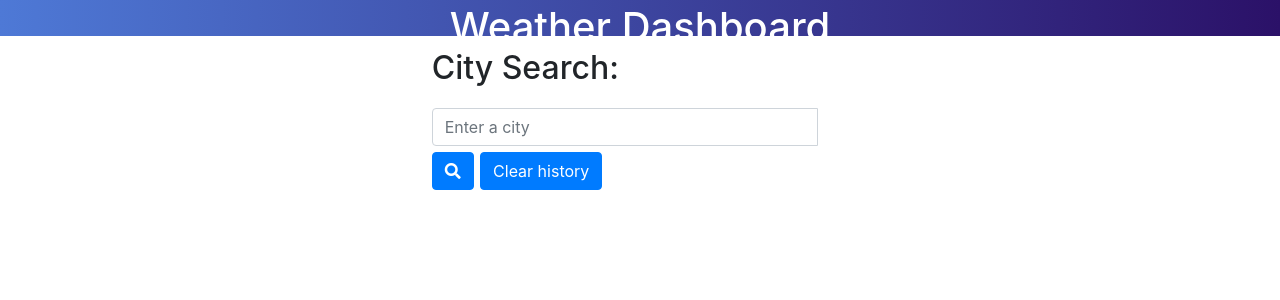
Repository: brenhamp/weather-dashboard
Page: index.html
These files come from the project's save history. The page is drawn as it stood at one moment and after the next save; the edit follows.
The browser window is 1280 px wide. The pictures show the whole page.
Some web libraries are served in a nearby version.

Above is the page before, as saved 2021-12-12 21:44:17.

### index.html
<!DOCTYPE html>
<html lang="en">
<head>
    <meta charset="UTF-8">
    <meta http-equiv="X-UA-Compatible" content="IE=edge">
    <meta name="viewport" content="width=device-width, initial-scale=1.0">
    <link rel="stylesheet" href="./assets/css/style.css">
    <link rel="stylesheet" href="https://stackpath.bootstrapcdn.com/bootstrap/4.3.1/css/bootstrap.min.css" crossorigin="anonymous">
    <link rel="stylesheet" href="https://cdnjs.cloudflare.com/ajax/libs/font-awesome/5.11.2/css/all.min.css">
    <title>Weather Dashboard</title>
</head>
<body>
    <header class="hero">
        <h1>Weather Dashboard</h1>
    </header>

    <div class="row container-fluid">
        <div class="col-lg-4">
            <h2>City Search:</h2>
            <div class="input-group">
                <input id="city-input" type="text" class="form-control" placeholder="Enter a city" aria-label="Enter a city">
                <div class="input-group append">
                    <button class="btn btn-primary" type="button" id="search-button">
                        <i class="fas fa-search"></i>
                    </button>

                    <button class="btn btn-primary" type="button" id="clear-history">Clear history</button>
                </div>
            </div>

            <form id="history"></form>

        </div>
        <div class="col-lg-9">
            <div class="row text-center">
                <div id="todays-weather">
                    <div>
                        <h2 id="city-name" class="city-name">
                        </h2>
                        <img id="sky">
                        <div id="temperature"></div>
                        <div id="humidity"></div>
                        <div id="wind"></div>
                        <div id="UV"></div>
                    </div>
                </div>
            </div>

            <!-- hide forecast until needed -->
            <div id="five-day-forecast" class="d-none">
                <h3>Five-Day Forecast</h3>
                <div class="row">
                    <div class="forecast"></div>
                    <div class="forecast"></div>
                    <div class="forecast"></div>
                    <div class="forecast"></div>
                    <div class="forecast"></div>
                </div>
            </div>
        </div>
    </div>


    <script src="https://unpkg.com/axios/dist/axios.min.js"></script>
    <script src="./assets/js/script.js"></script>

</body>
</html>

### assets/css/style.css
.hero {
    background-image: linear-gradient(to right, rgb(78, 121, 214), rgb(43, 17, 104));
    height: 5vh;
    text-align: center;
    margin: auto;
    line-height: 5vh;
    color: white
}

h1 {
    line-height: inherit;
    padding: .25vw 0;
}

h2 {
    padding: 1vw 0;
}

h3 {
    padding: 1vw 0 1vw 1vw;
}

.row {
    justify-content: space-around;
}

p {
    text-align: center;
}

button:not(:disabled) {
    margin: 0.5vw 0.5vw 0.5vw 0;
}

#history {
    margin: auto;
}

.forecast {
    padding: .25vw;
    background-color:rgb(113, 113, 246);
    height: 18vh;
    width: 15%;
    border-radius:10px;
}

### assets/js/script.js
function weatherDashboard() {
    //define HTML elements
const city = document.getElementById("city-input");
const search = document.getElementById("search-button");
const clear = document.getElementById("clear-history");
const name = document.getElementById("city-name");
const sky = document.getElementById("sky");
const temp = document.getElementById("temperature");
const humidity = document.getElementById("humidity");
const wind = document.getElementById("wind");
const UV = document.getElementById("UV");
const history = document.getElementById("history");
const forecast = document.getElementById("five-day-forecast");
const todaysWeather = document.getElementById("todays-weather");

    //my API key from OpenWeather
    apiKey = "4f9f2b98f7dbd0bd303f0561775c2890";

    //function to contain all API requests
    function getWeather(cityName) {
        let queryURL = "https://api.openweathermap.org/data/2.5/weather?q=" + cityName + "&units=imperial" + "&appid=" + apiKey;
        axios.get(queryURL)
        .then(function(response) {
            todaysWeather.classList.remove("d-none");

            //retrieve current date for displaying
            currentDate = new Date(response.data.dt * 1000);
            day = currentDate.getDate();
            month = currentDate.getMonth() + 1;
            year = currentDate.getFullYear();

            name.innerHTML = response.data.name + " (" + month + "/" + day + "/" + year +")";

            //display today's weather including sky icon, temp, humidity and wind speed
            let skyImg = response.data.weather[0].icon;
            sky.setAttribute("src", "https://openweathermap.org/img/wn/" + skyImg + "@2x.png");
            sky.setAttribute("alt", response.data.weather[0].description);
            temp.innerHTML = "Temperature: " + response.data.main.temp + " &#176F";
            humidity.innerHTML = "Humidity: " + response.data.main.humidity + "%";
            wind.innerHTML = "Wind Speed: " + response.data.wind.speed + " MPH";

            //get UV index using latitude and longitude
            let lat = response.data.coord.lat;
            let lon = response.data.coord.lon;
            let UVQueryURL = "https://api.openweathermap.org/data/2.5/uvi/forecast?lat=" + lat + "&lon=" + lon + "&units=imperial" + "&appid=" + apiKey + "&cnt=1";
            axios.get(UVQueryURL)
                .then(function (response) {
                    //use span for HTML convenience
                    let UVIndex = document.createElement("span");

                    //change color to indicate mild/moderate/severe UV levels
                    if (response.data[0].value < 4 ) {
                        UVIndex.setAttribute("class", "badge badge-success");
                    }
                    else if (response.data[0].value < 8) {
                        UVIndex.setAttribute("class", "badge badge-warning");
                    }
                    else {
                        UVIndex.setAttribute("class", "badge badge-danger");
                    }
                    //append to HTML
                    UVIndex.innerHTML = response.data[0].value;
                    UV.innerHTML = "UV Index: ";
                    UV.append(UVIndex);
        });

           //five-day forecast script
           let cityID = response.data.id;
           let forecastQueryURL = "https://api.openweathermap.org/data/2.5/forecast?id=" + cityID + "&units=imperial" + "&appid=" + apiKey;
           axios.get(forecastQueryURL)
               .then(function (response) {
                   //when query is sent, show the forecast elements
                   forecast.classList.remove("d-none");

                       //select all forecast divs and assign future dates to them in order
                       const forecastEls = document.querySelectorAll(".forecast");
                       for (i = 0; i < forecastEls.length; i++) {
                           forecastEls[i].innerHTML = "";
                           const forecastIndex = i * 8 + 4;
                           const forecastDate = new Date(response.data.list[forecastIndex].dt * 1000);
                           const forecastDay = forecastDate.getDate();
                           const forecastMonth = forecastDate.getMonth() + 1;
                           const forecastYear = forecastDate.getFullYear();
                           const forecastDateEl = document.createElement("p");
                           forecastDateEl.setAttribute("class", "mt-3 mb-0 forecast-date");
                           forecastDateEl.innerHTML = forecastMonth + "/" + forecastDay + "/" + forecastYear;
                           forecastEls[i].append(forecastDateEl);

                           //append sky icons and weather info to each future day forecast
                           const forecastSky = document.createElement("img");
                           forecastSky.setAttribute("src", "https://openweathermap.org/img/wn/" + response.data.list[forecastIndex].weather[0].icon + "@2x.png");
                           forecastSky.setAttribute("alt", response.data.list[forecastIndex].weather[0].description);
                           forecastSky.setAttribute("class", "mx-auto text-center d-flex");
                           forecastEls[i].append(forecastSky);
                           const forecastTempEl = document.createElement("p");
                           forecastTempEl.innerHTML = "Temp: " + response.data.list[forecastIndex].main.temp + " &#176F";
                           forecastEls[i].append(forecastTempEl);
                           const forecastHumidityEl = document.createElement("p");
                           forecastHumidityEl.innerHTML = "Humidity: " + response.data.list[forecastIndex].main.humidity + "%";
                           forecastEls[i].append(forecastHumidityEl);
                       }
                    })
    });
}

    //search history functionality
    let searchHistory = JSON.parse(localStorage.getItem("search")) || [];

    function renderSearchHistory () {
        //start off blank
        history.innerHTML = "";
        //create new history item each time a city name is submitted
        for (let i = 0; i < searchHistory.length; i++) {
            const historyEl = document.createElement("input");
                historyEl.setAttribute("type", "text");
                historyEl.setAttribute("readonly", true);
                historyEl.setAttribute("class", "d-inline-block bg-dark text-light text-center align-center");
                historyEl.setAttribute("value", searchHistory[i]);
                historyEl.addEventListener("click", function() {
                getWeather(historyEl.value);
            })
            history.append(historyEl);
        }
    }

    //initial call for history function
    renderSearchHistory();

    //listener for search; save searches to localStorage
    search.addEventListener("click",  function () {
        searchTerm = city.value;
        getWeather(searchTerm);
        searchHistory.push(searchTerm);
        localStorage.setItem("search", JSON.stringify(searchHistory));
        renderSearchHistory();
    })


    //listener for clear button; clear localStorage and leave search array blank
    clear.addEventListener("click", function () {
        localStorage.clear();
        searchHistory = [];
        renderSearchHistory();
    })


};

//initialize javascript
weatherDashboard ();

After the next save:
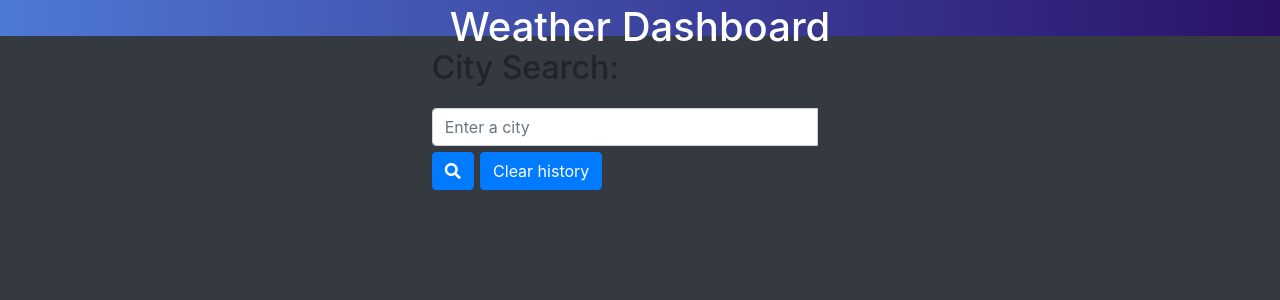
Saved 2 min 15 s later.
--- a/index.html
+++ b/index.html
@@ -9,7 +9,7 @@
     <link rel="stylesheet" href="https://cdnjs.cloudflare.com/ajax/libs/font-awesome/5.11.2/css/all.min.css">
     <title>Weather Dashboard</title>
 </head>
-<body>
+<body class="bg-dark">
     <header class="hero">
         <h1>Weather Dashboard</h1>
     </header>
